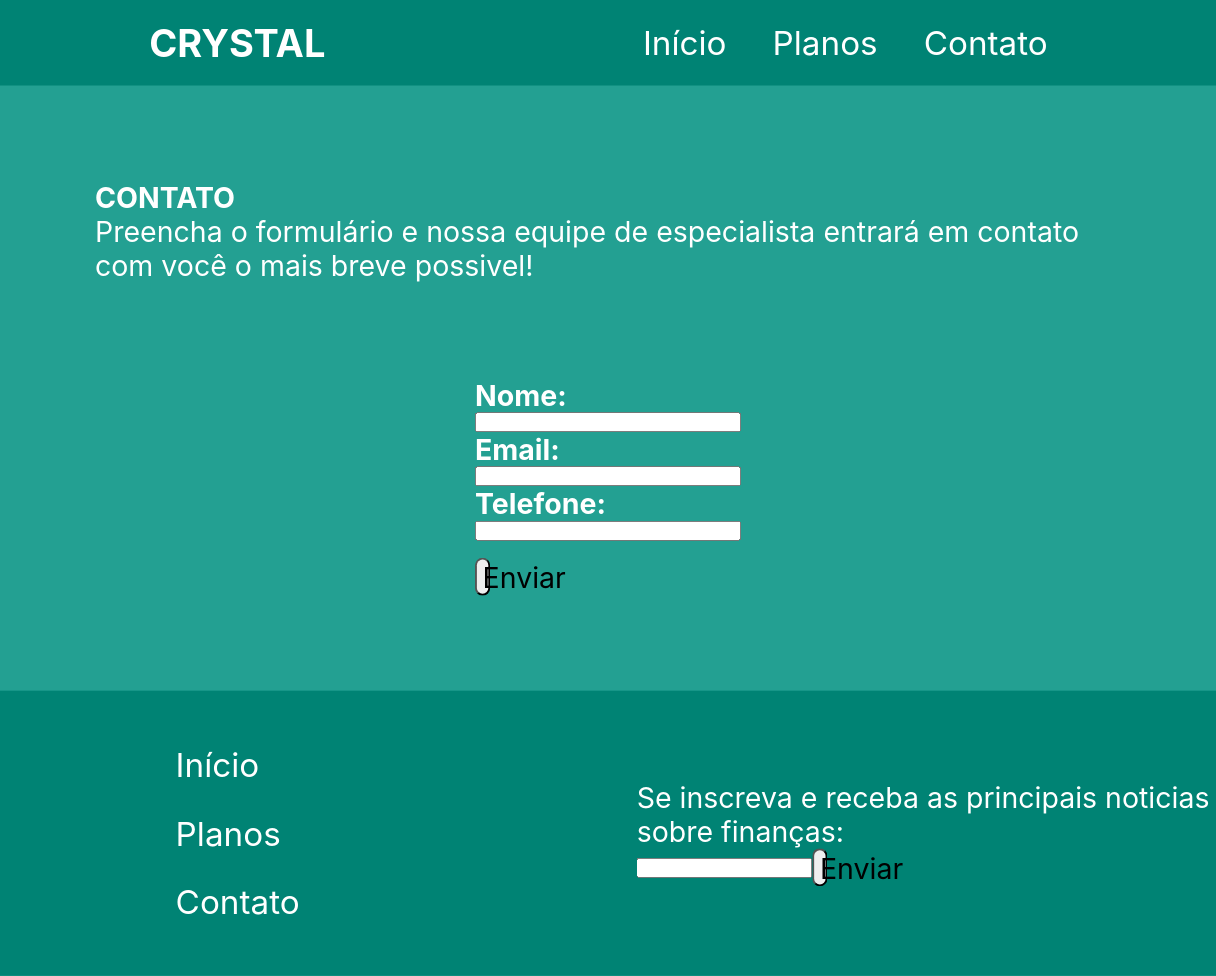
Repository: Matheus904-12/Crystallize
Page: contato.html
These files come from the project's save history. The page is drawn as it stood at one moment and after the next save; the edit follows.
The browser window is 1280 px wide. The pictures show the whole page, at 95% of full size.
Some web fonts or font styles are not loaded; a fallback is used.

Above is the page before, as saved 2023-07-24 20:49:23.

After the next save:
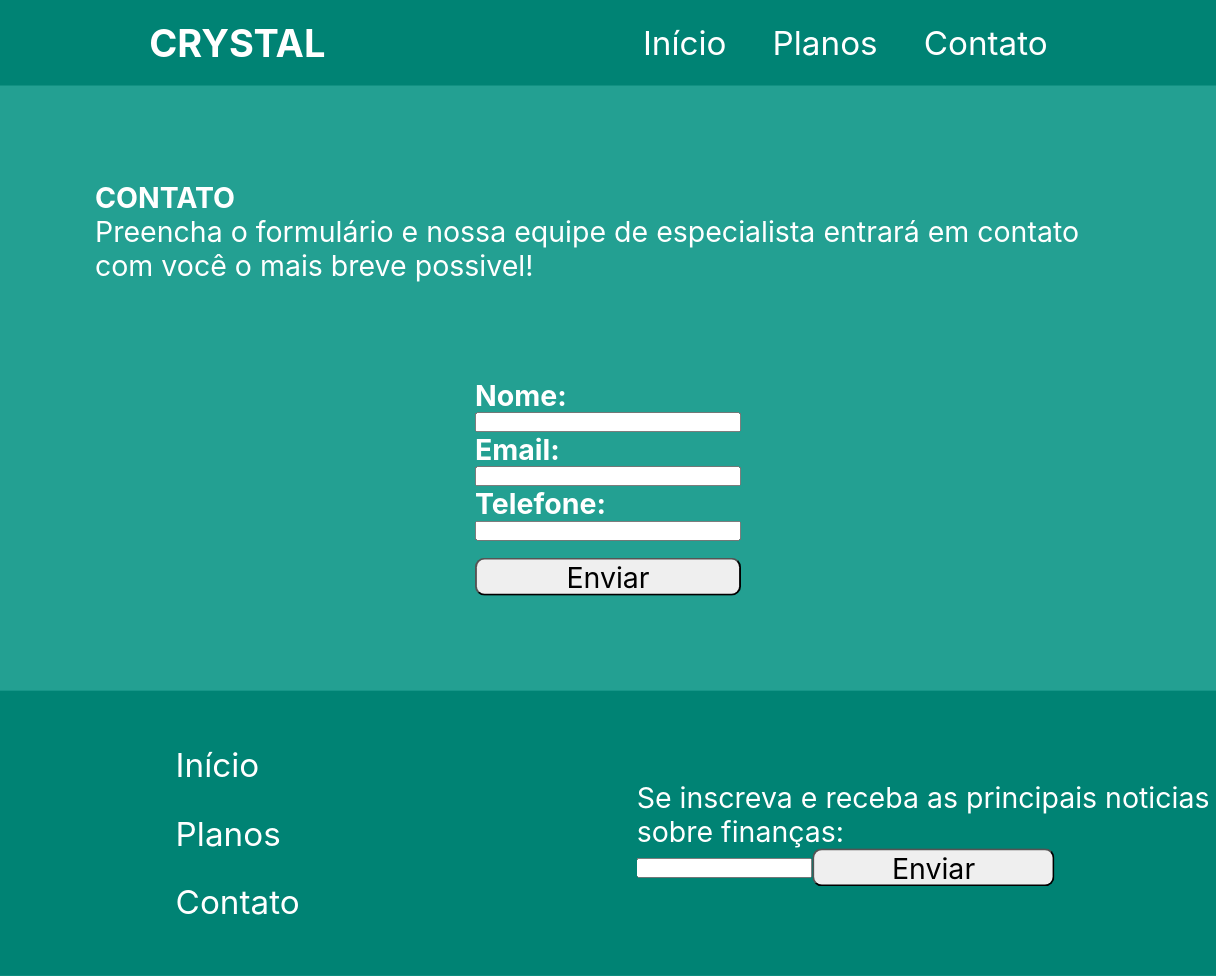
Saved 5 s later.
--- a/background.css
+++ b/background.css
@@ -6,7 +6,7 @@ body {
 /* FIM FUNDO */
 
 #enviar {
-    width: 1px;
+    width: 280px;
     height: 40px;
     border-radius: 10px;
     font-size: 30px;
